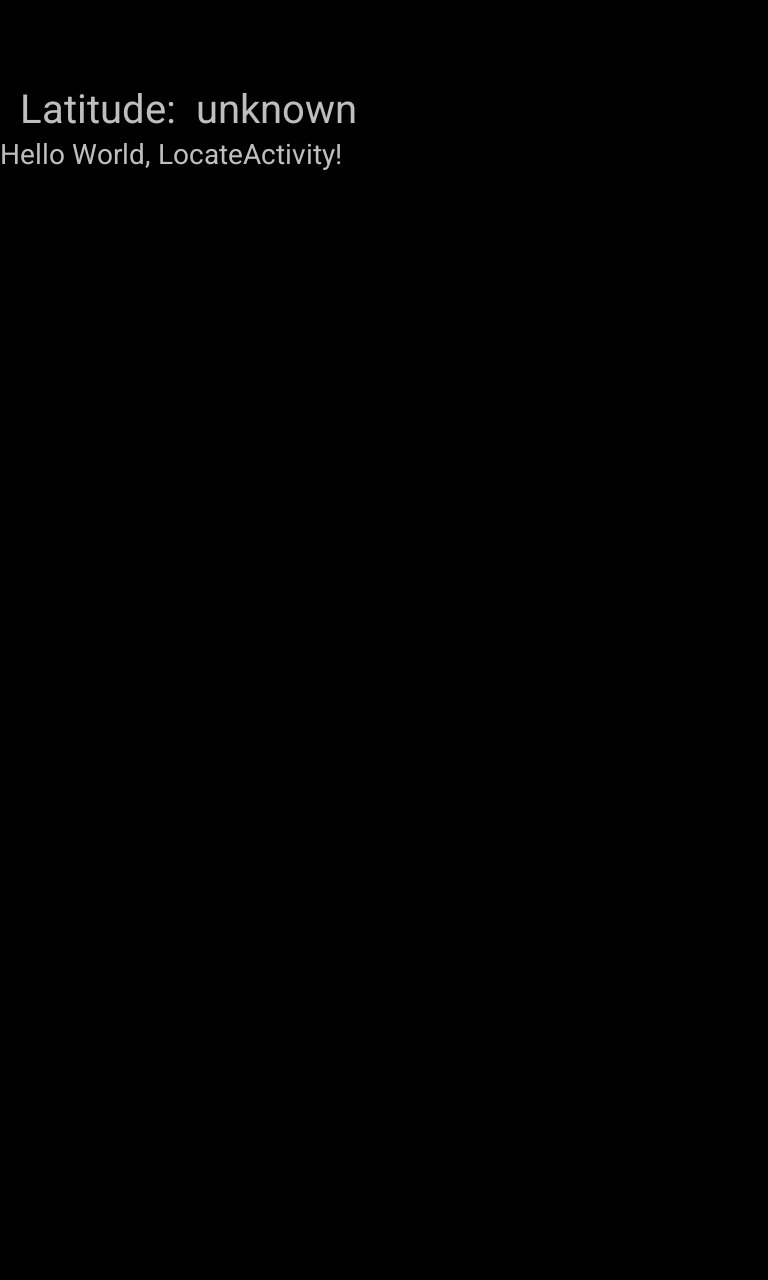
Repository: seshu6392/Map
Layout: locate/res/layout/main.xml
The author's editor kept a copy of each file at every save. The layout is drawn from the files as they stood at one save, then again after a run of saves.
It is drawn on a 768 x 1280 px phone screen (xhdpi) without system bars, with theme android:Theme; the app's code is not run.

Above is the layout before, as saved 2012-05-09 19:41:41.

### locate/res/layout/main.xml
<?xml version="1.0" encoding="utf-8"?>
<LinearLayout xmlns:android="http://schemas.android.com/apk/res/android"
    android:layout_width="fill_parent"
    android:layout_height="fill_parent"
    android:orientation="vertical" >
	<LinearLayout
	    android:id="@+id/linearLayout1"
	    android:layout_width="match_parent"
	    android:layout_height="wrap_content"
	    android:layout_marginTop="40dip"
	    android:orientation="horizontal" >

	    <TextView
	        android:id="+id/TextView01"
	    	android:layout_width="wrap_content"
	    	android:layout_height="wrap_content"
	        android:layout_marginLeft="10dip"
			android:layout_marginRight="5dip"
			android:text="Latitude: "
			android:textSize="20dip" >
		</TextView>

	    <TextView
	        android:id="+id/TextView02"
	    	android:layout_width="wrap_content"
	    	android:layout_height="wrap_content"
	    	android:text="unknown"
	    	android:textSize="20dip" >
	    </TextView>

	</LinearLayout>
	    <TextView
        android:layout_width="fill_parent"
        android:layout_height="wrap_content"
        android:text="@string/hello" />

</LinearLayout>

### locate/res/values/strings.xml
<?xml version="1.0" encoding="utf-8"?>
<resources>

    <string name="hello">Hello World, LocateActivity!</string>
    <string name="app_name">Locate</string>

</resources>

After the next 2 saves:
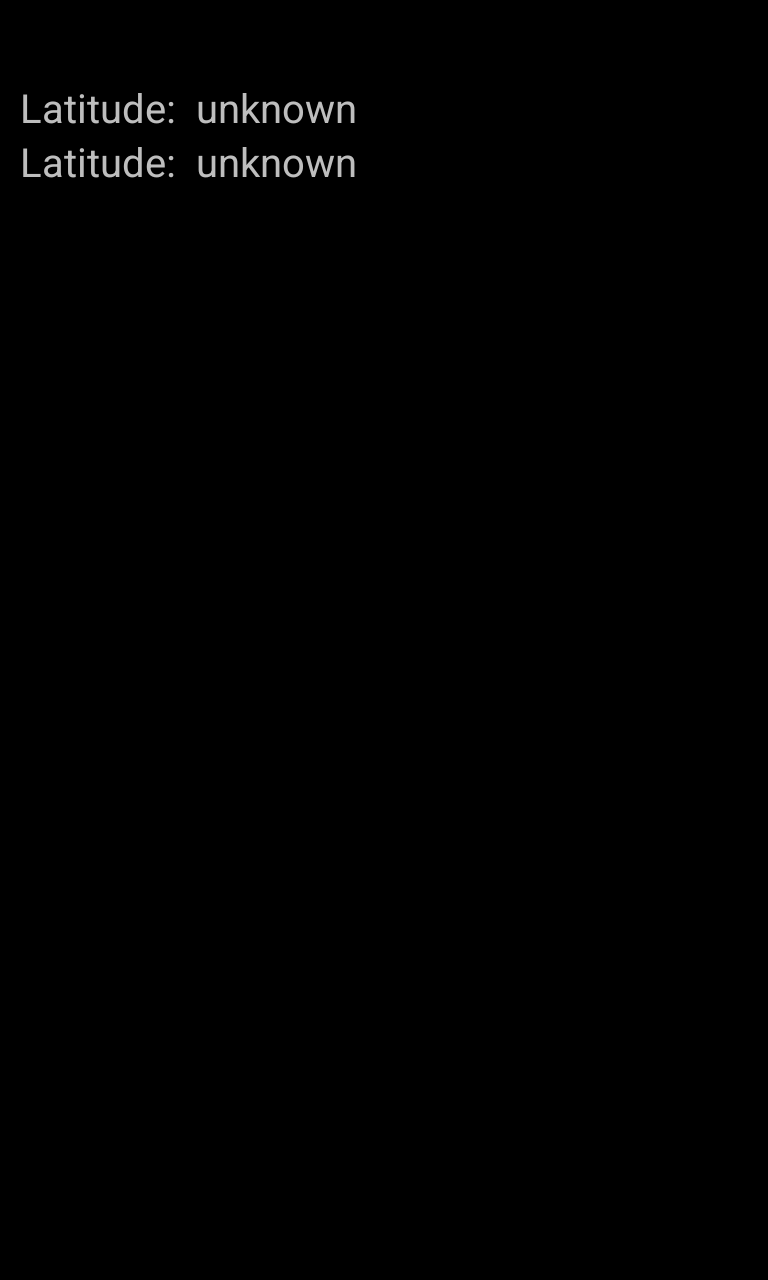
The 2 saves are shown as one change because 1 did not build or start.
The last was saved 3 min 14 s later.
--- a/locate/res/layout/main.xml
+++ b/locate/res/layout/main.xml
@@ -27,11 +27,27 @@
 	    	android:text="unknown"
 	    	android:textSize="20dip" >
 	    </TextView>
+	</LinearLayout>
 
+	<LinearLayout
+	    android:id="@+id/linearLayout2"
+	    android:layout_width="match_parent"
+	    android:layout_height="wrap_content" >
+	    <TextView
+	        android:id="+id/TextView03"
+	    	android:layout_width="wrap_content"
+	    	android:layout_height="wrap_content"
+	        android:layout_marginLeft="10dip"
+			android:layout_marginRight="5dip"
+			android:text="Latitude: "
+			android:textSize="20dip" >
+		</TextView>
+	    <TextView
+	        android:id="+id/TextView04"
+	    	android:layout_width="wrap_content"
+	    	android:layout_height="wrap_content"
+	    	android:text="unknown"
+	    	android:textSize="20dip" >
+	    </TextView>
 	</LinearLayout>
-	    <TextView
-        android:layout_width="fill_parent"
-        android:layout_height="wrap_content"
-        android:text="@string/hello" />
-
 </LinearLayout>
